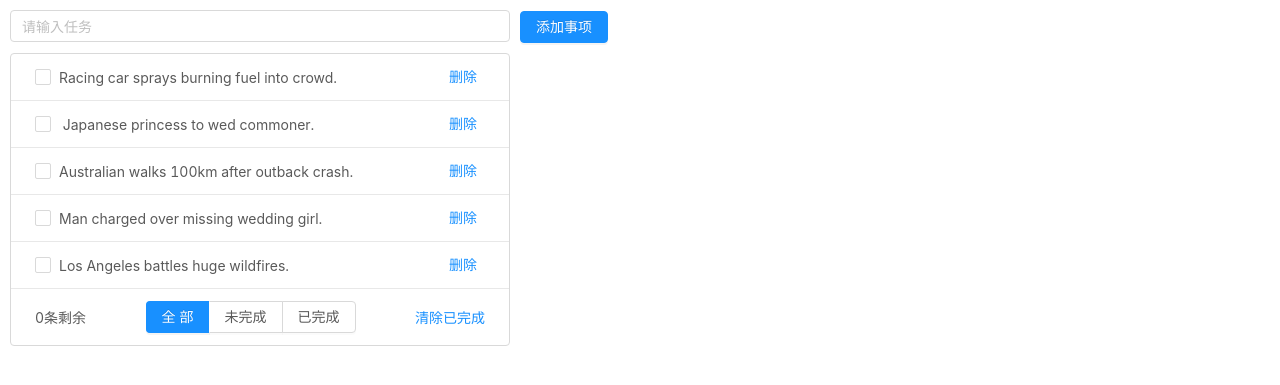
Repository: hnwj/todo
Page: /
An editor plug-in stored every save of this project. The page is shown before and after a run of saves, followed by the edit.
The browser window is 1280 px wide. The pictures show the whole page.
The project was rebuilt for these pictures with package versions that can differ from the ones it lists, and the page was loaded fresh each time. Also part of the build but not shown: vue.config.js.

Above is the page before, as saved 2022-10-11 19:38:12.

After the next 9 saves:
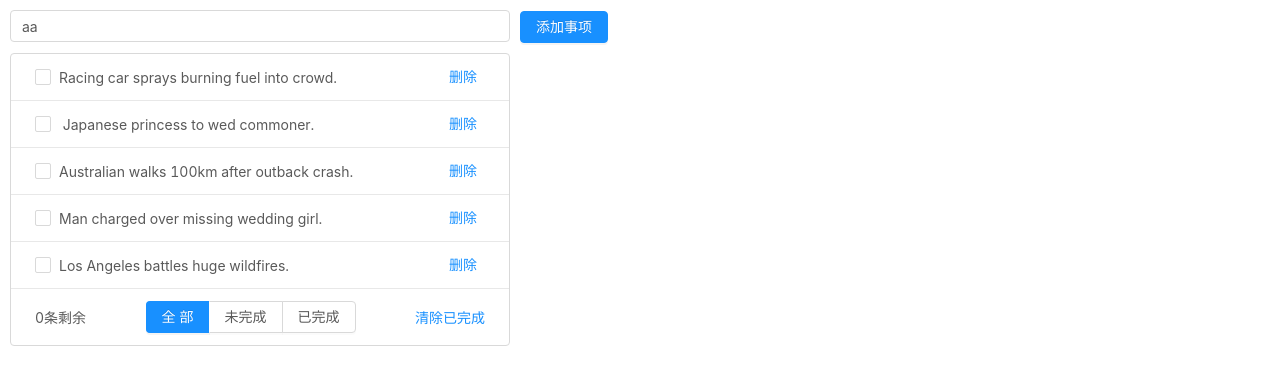
The 9 saves are shown as one change because they came seconds apart.
The last was saved 19 s later.
--- a/src/App.vue
+++ b/src/App.vue
@@ -1,6 +1,6 @@
 <template>
   <div id="app">
-    <a-input placeholder="请输入任务" class="my_ipt" v-model="something"/>
+    <a-input placeholder="请输入任务" class="my_ipt" :value="inputValue"/>
     <a-button type="primary">添加事项</a-button>
 
     <a-list bordered :dataSource="list" class="dt_list">
